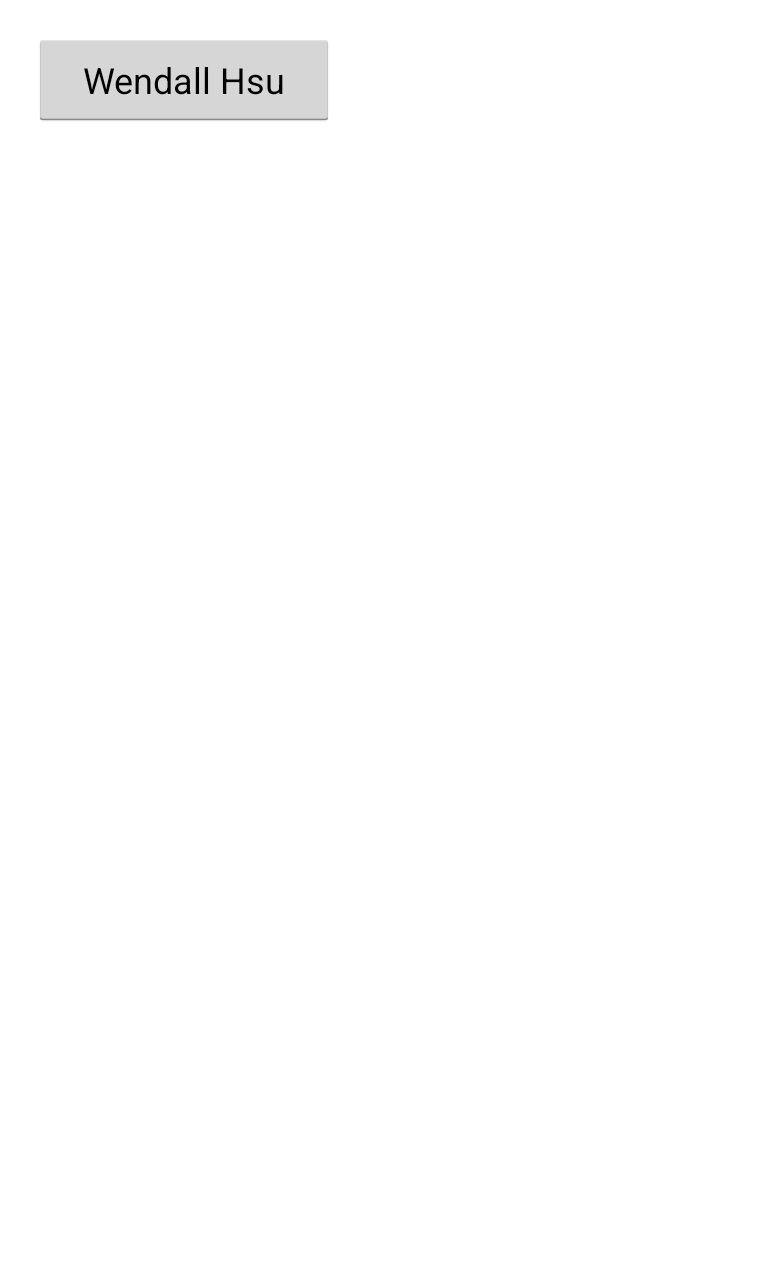
Repository: lethe13/AndroidProgramming
Layout: COMP304-Assignment2/res/layout/activity_main.xml
These files come from the project's save history. The layout is drawn as it stood at one moment and after the next save; the edit follows.
It is drawn on a 768 x 1280 px phone screen (xhdpi) without system bars, with theme AppTheme; the app's code is not run.

Above is the layout before, as saved 2015-10-13 20:40:01.

After the next save:
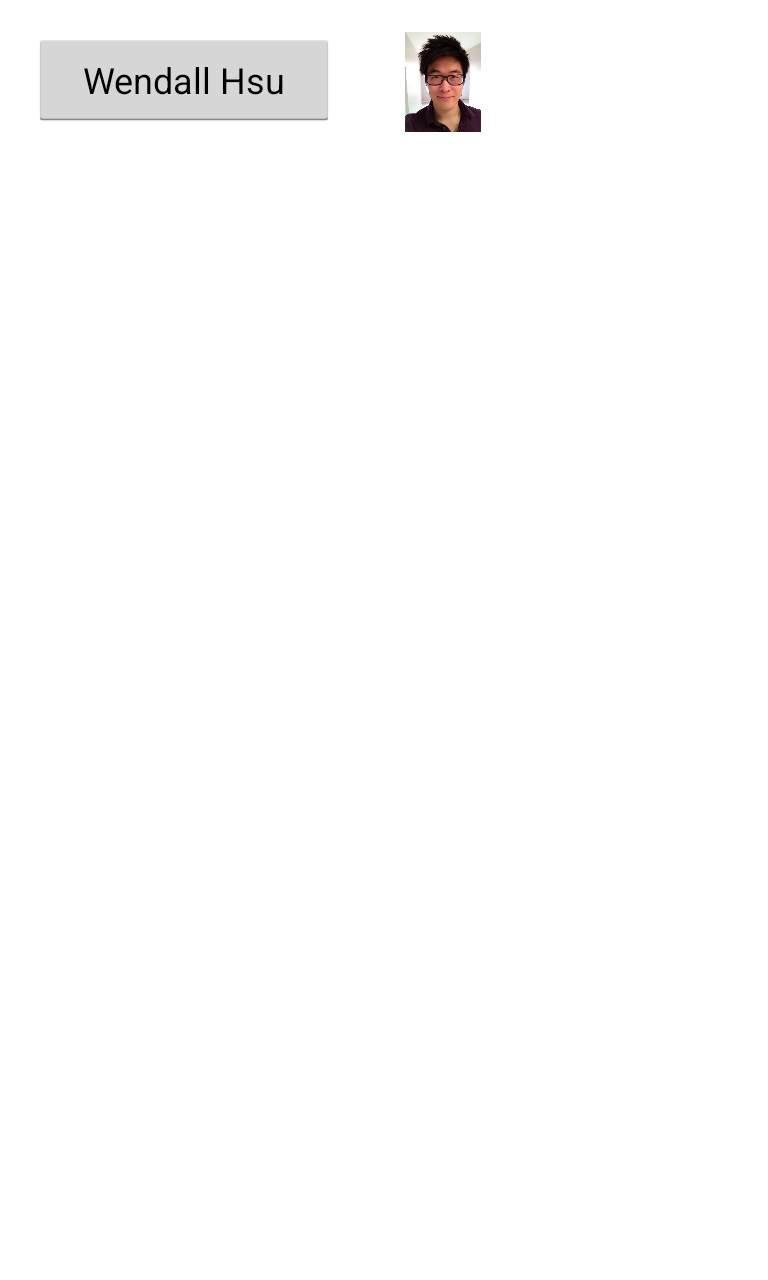
Saved 37 s later.
--- a/COMP304-Assignment2/res/layout/activity_main.xml
+++ b/COMP304-Assignment2/res/layout/activity_main.xml
@@ -18,6 +18,7 @@
         android:id="@+id/imageView1"
         android:layout_marginBottom="134dp"
         android:layout_marginLeft="59dp"
+        android:layout_width="wrap_content"
         android:layout_height="100px"
         android:src="@drawable/wendall" />
 
